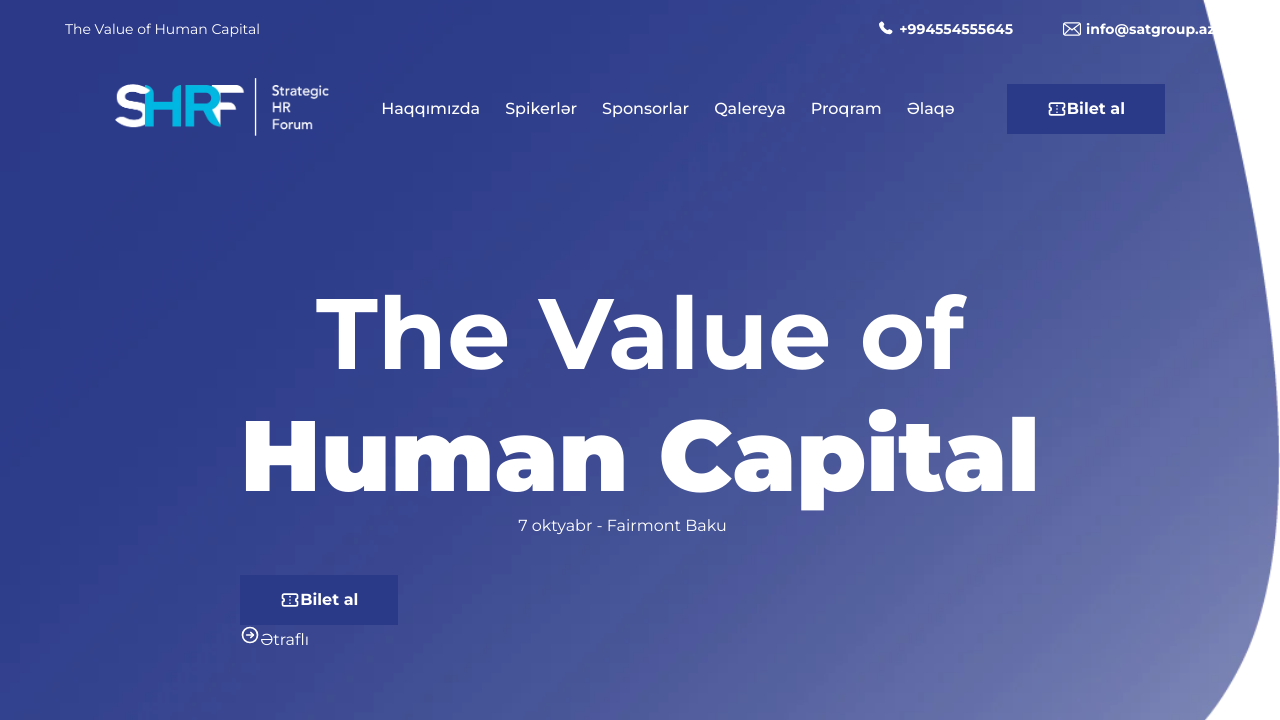
Repository: allahverdiyevabdulhasan/shrf
Page: /
The author's editor kept a copy of each file at every save. The page is drawn from the files as they stood at one save, then again after the next save.
The browser window is 1280 px wide. The pictures show the whole page.
The project was rebuilt for these pictures with package versions that can differ from the ones it lists, and the page was loaded fresh each time. Also part of the build but not shown: vite.config.js, src/App.css.

Above is the page before, as saved 2024-08-16 10:21:38.

After the next save:
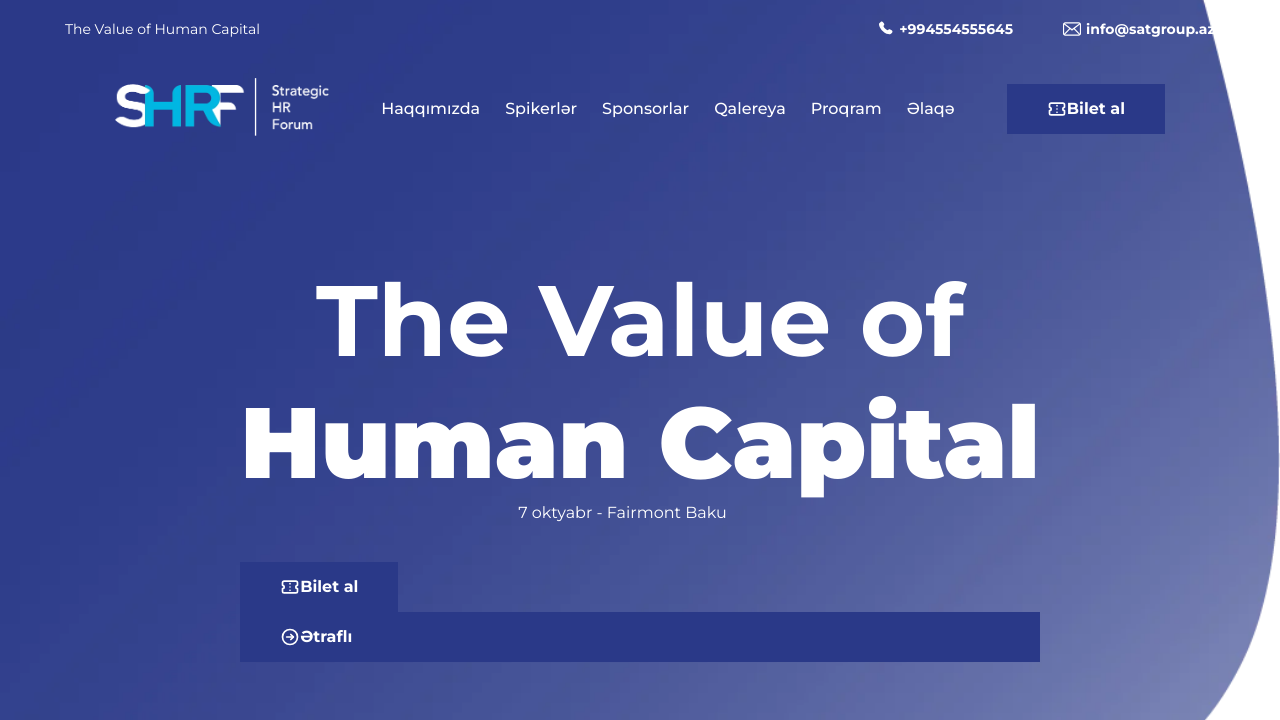
Saved 9 s later.
--- a/src/components/Intro/index.jsx
+++ b/src/components/Intro/index.jsx
@@ -19,7 +19,7 @@ export default function Intro() {
                 <svg width={20} viewBox="0 0 24 24" fill="none" xmlns="http://www.w3.org/2000/svg"><g id="SVGRepo_bgCarrier" stroke-width="0"></g><g id="SVGRepo_tracerCarrier" stroke-linecap="round" stroke-linejoin="round"></g><g id="SVGRepo_iconCarrier"> <path d="M12 16H12.01M12 12H12.01M12 8H12.01M21 14V17C21 18.1046 20.1046 19 19 19H5C3.89543 19 3 18.1046 3 17V14C4.10457 14 5 13.1046 5 12C5 10.8954 4.10457 10 3 10V7C3 5.89543 3.89543 5 5 5H19C20.1046 5 21 5.89543 21 7V10C19.8954 10 19 10.8954 19 12C19 13.1046 19.8954 14 21 14Z" stroke="#ffffff" stroke-width="2" stroke-linecap="round" stroke-linejoin="round"></path> </g></svg>
                     Bilet al
                 </button>
-                <a href="" className='buttons'>
+                <a href="" className='buy__button'>
                 <svg  width={20} viewBox="0 0 24 24" fill="none" xmlns="http://www.w3.org/2000/svg"><g id="SVGRepo_bgCarrier" stroke-width="0"></g><g id="SVGRepo_tracerCarrier" stroke-linecap="round" stroke-linejoin="round"></g><g id="SVGRepo_iconCarrier"> <path d="M21 12C21 16.9706 16.9706 21 12 21C7.02944 21 3 16.9706 3 12C3 7.02944 7.02944 3 12 3C16.9706 3 21 7.02944 21 12Z" stroke="#ffffff" stroke-width="2"></path> <path d="M16 12L8 12" stroke="#ffffff" stroke-width="2" stroke-linecap="round" stroke-linejoin="round"></path> <path d="M13 15L15.913 12.087V12.087C15.961 12.039 15.961 11.961 15.913 11.913V11.913L13 9" stroke="#ffffff" stroke-width="2" stroke-linecap="round" stroke-linejoin="round"></path> </g></svg>
 
                 Ətraflı
